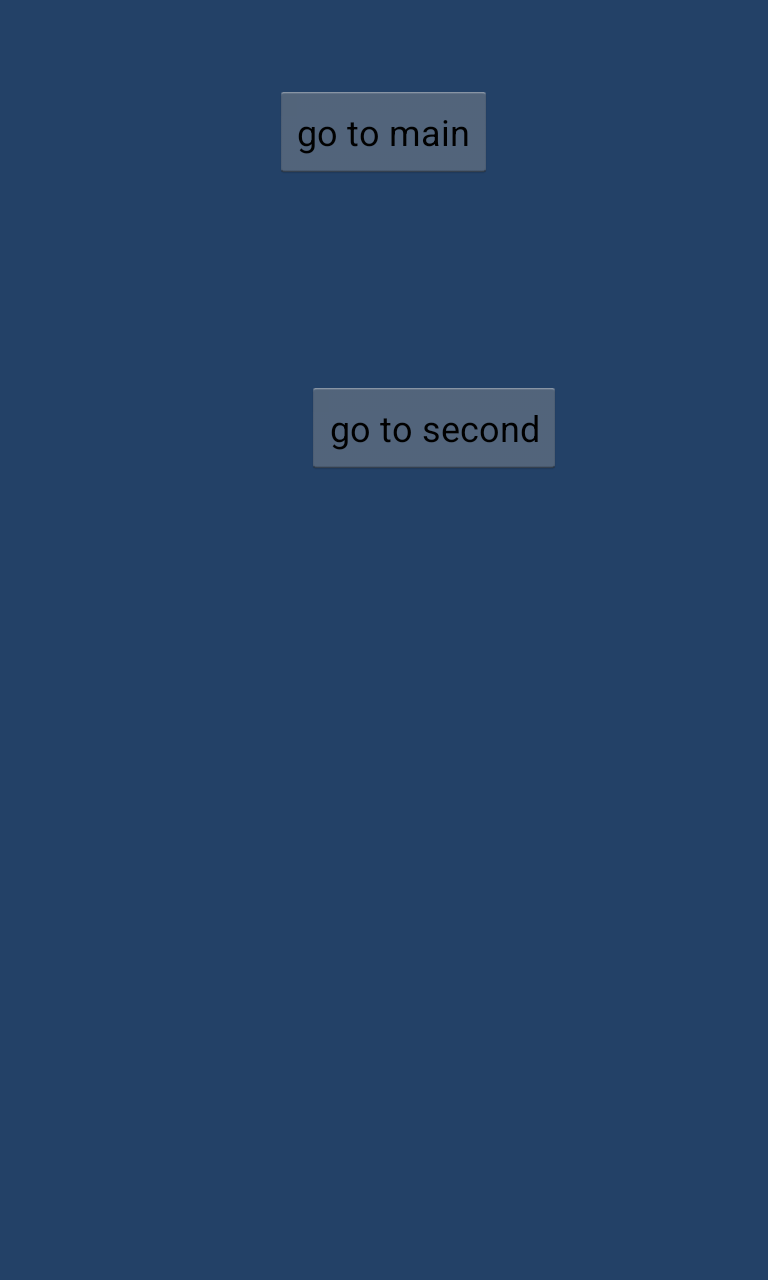
Repository: arjuntheprogrammer/iact
Layout: iact/iact android practice/mywork/Intent Application/res/layout/activity_third.xml
An editor plug-in stored every save of this project. The layout is shown before and after the next save, followed by the edit.
It is drawn on a 768 x 1280 px phone screen (xhdpi) without system bars, with theme AppTheme; the app's code is not run.

Above is the layout before, as saved 2015-12-26 00:13:35.

### iact/iact android practice/mywork/Intent Application/res/layout/activity_third.xml
<?xml version="1.0" encoding="utf-8"?>
<RelativeLayout xmlns:android="http://schemas.android.com/apk/res/android"
    android:layout_width="match_parent"
    android:layout_height="match_parent"
    android:background="#234167"

    >

    <Button
        android:id="@+id/button1"
        android:layout_width="wrap_content"
        android:layout_height="wrap_content"
        android:layout_alignParentTop="true"
        android:layout_centerHorizontal="true"
        android:layout_marginTop="42dp"
        android:text="go to main" />

    <Button
        android:id="@+id/button2"
        android:layout_width="wrap_content"
        android:layout_height="wrap_content"
        android:layout_alignLeft="@+id/button1"
        android:layout_below="@+id/button1"
        android:layout_marginLeft="16dp"
        android:layout_marginTop="100dp"
        android:text="go to second" />

</RelativeLayout>

Loaded but not shown: iact/iact android practice/mywork/Intent Application/res/values/styles.xml (common file); iact/iact android practice/mywork/Intent Application/res/values-v11/styles.xml (common file); iact/iact android practice/mywork/Intent Application/res/values-v14/styles.xml (common file)

After the next save:
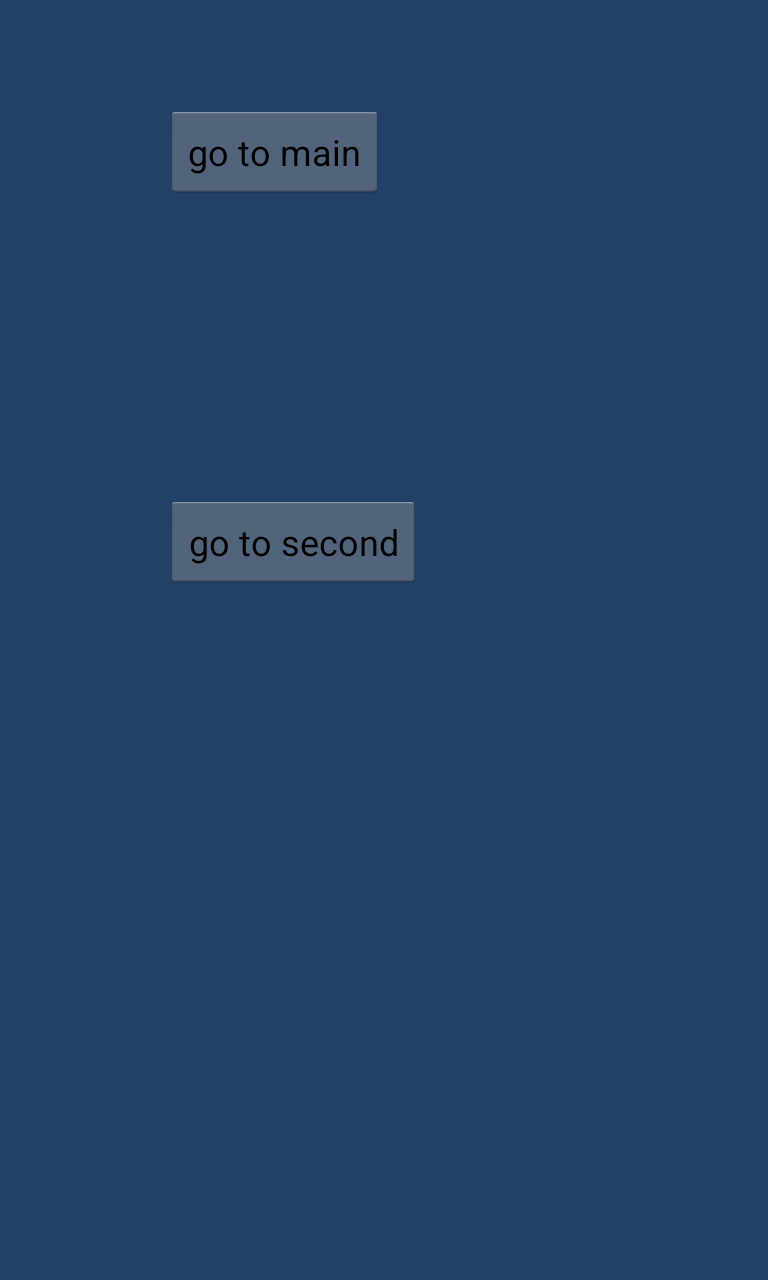
Saved 19 s later.
--- a/iact/iact android practice/mywork/Intent Application/res/layout/activity_third.xml
+++ b/iact/iact android practice/mywork/Intent Application/res/layout/activity_third.xml
@@ -10,9 +10,10 @@
         android:id="@+id/button1"
         android:layout_width="wrap_content"
         android:layout_height="wrap_content"
+        android:layout_alignParentLeft="true"
         android:layout_alignParentTop="true"
-        android:layout_centerHorizontal="true"
-        android:layout_marginTop="42dp"
+        android:layout_marginLeft="82dp"
+        android:layout_marginTop="52dp"
         android:text="go to main" />
 
     <Button
@@ -21,8 +22,7 @@
         android:layout_height="wrap_content"
         android:layout_alignLeft="@+id/button1"
         android:layout_below="@+id/button1"
-        android:layout_marginLeft="16dp"
-        android:layout_marginTop="100dp"
+        android:layout_marginTop="147dp"
         android:text="go to second" />
 
 </RelativeLayout>
